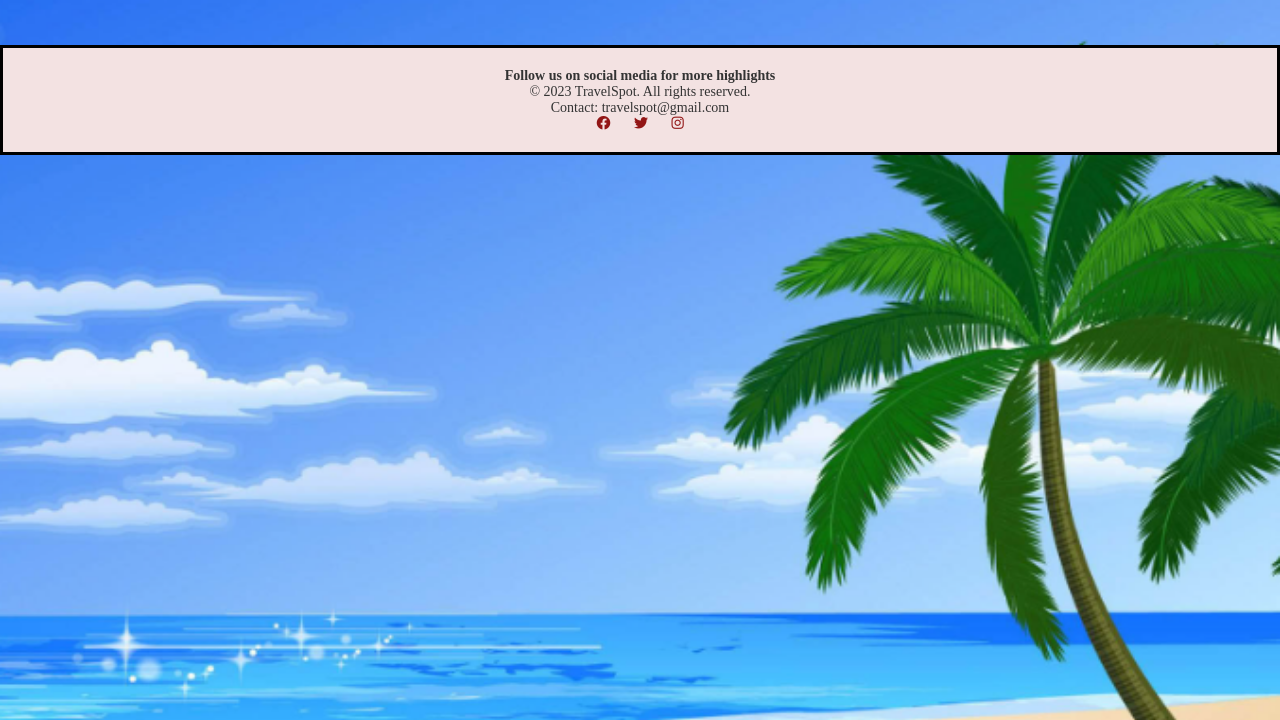
Repository: vRia4/INST728J-Victoria-Nathaniel
Page: Project/info.html
The author's editor kept a copy of each file at every save. The page is drawn from the files as they stood at one save, then again after the next save.
The browser window is 1280 px wide. The pictures show the whole page.

Above is the page before, as saved 2023-08-11 17:33:34.

After the next save:
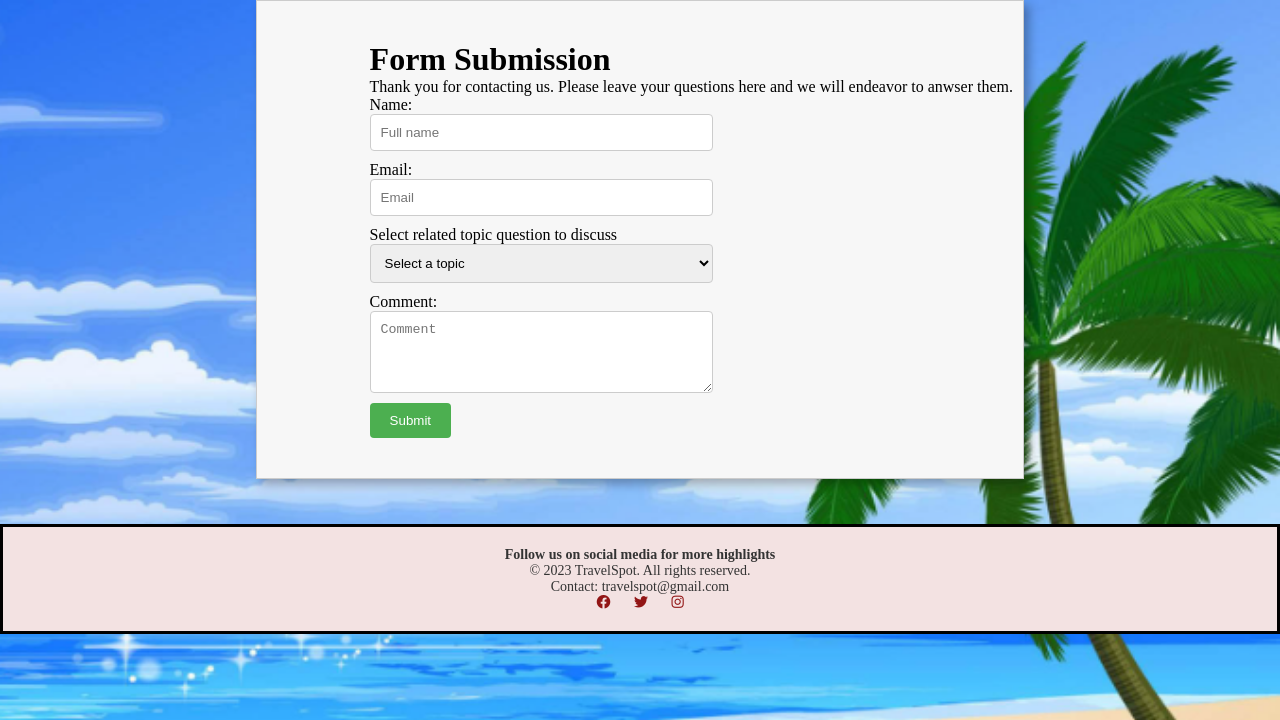
Saved 42 s later.
--- a/Project/info.html
+++ b/Project/info.html
@@ -122,7 +122,7 @@
    </head>
 
    <body >
-    <!-- <div class="wrapper">
+    <div class="wrapper">
 		<div class="form-container">
             <h1>Form Submission</h1>
             <p class="text1">Thank you for contacting us. Please leave your questions here and we will endeavor to anwser them.</p>
@@ -154,7 +154,7 @@
                 <input type="submit" value="Submit" class="form-submit">
             </form>
         </div>
-    </div>	 -->
+    </div>
 		<footer align="center" style="margin-top: 3.5%; padding: 20px; color: #333; border-style: solid; border-color: black;">
 			<div><strong>Follow us on social media for more highlights</strong></div>
 			<p>&copy; 2023 TravelSpot. All rights reserved.</p>
